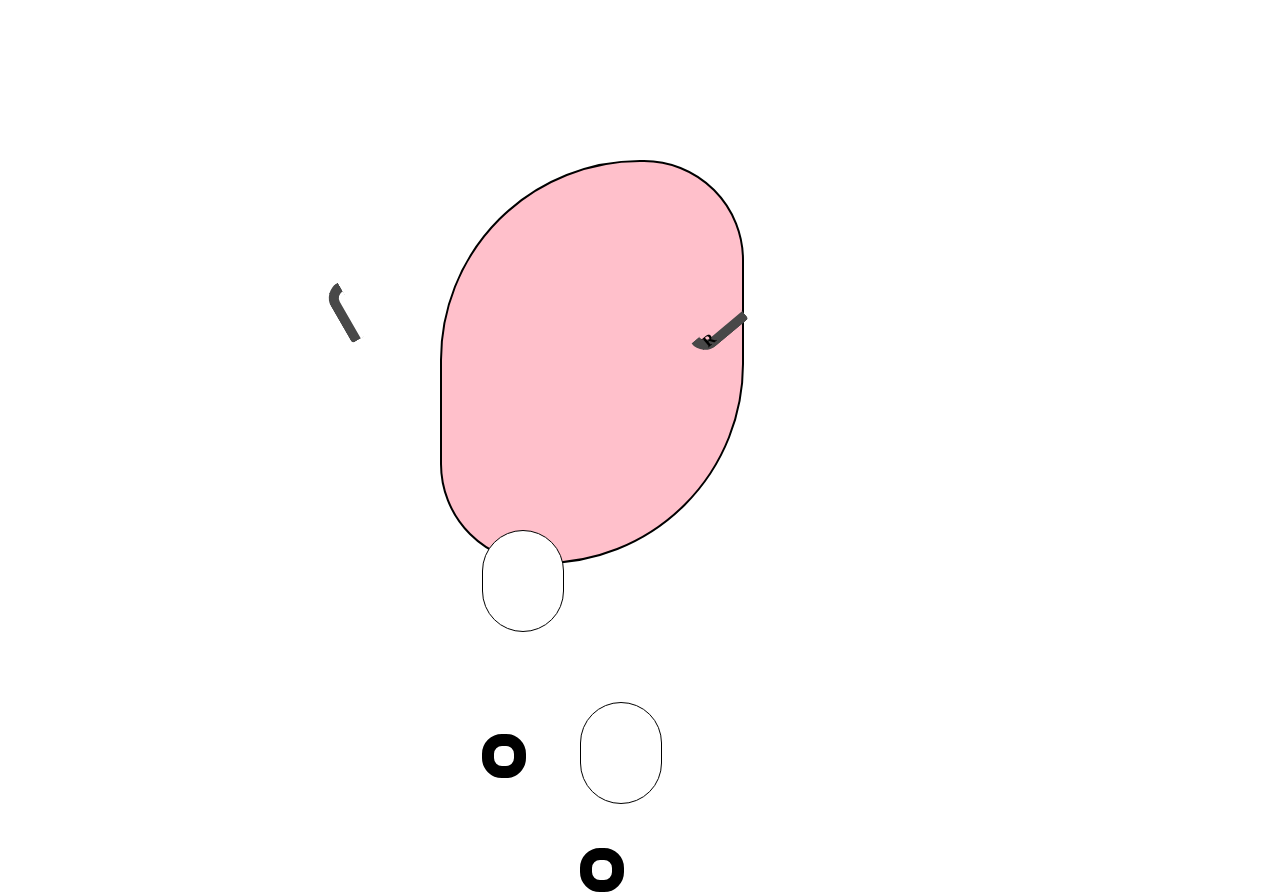
Repository: rodwestmoreland/1150
Page: cssCritter/index.html
The author's editor kept a copy of each file at every save. The page is drawn from the files as they stood at one save, then again after the next save.
The browser window is 1280 px wide. The pictures show the whole page.

Above is the page before, as saved 2021-01-25 22:17:18.

After the next save:
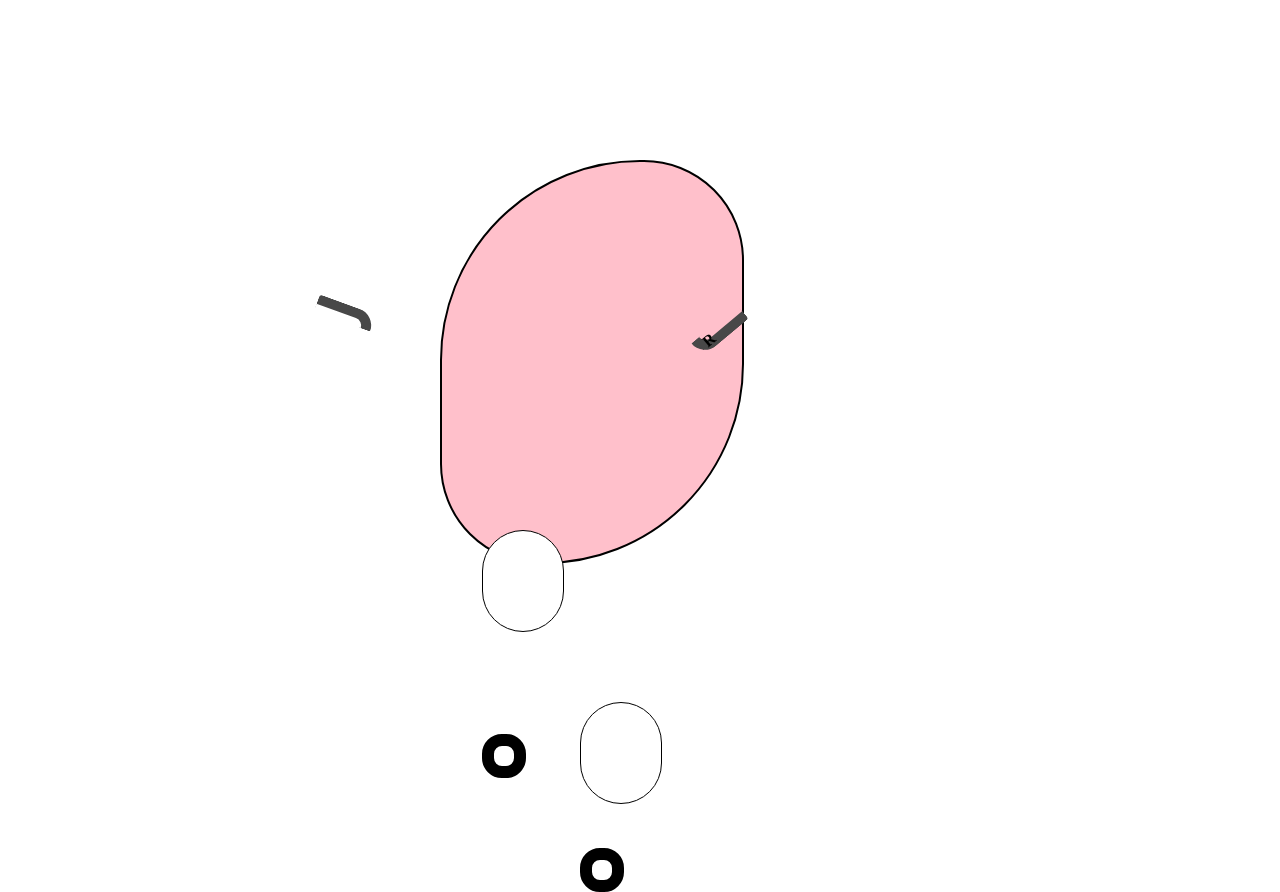
Saved 32 s later.
--- a/cssCritter/style.css
+++ b/cssCritter/style.css
@@ -82,7 +82,7 @@
     position: relative;
     left: -125px;
     top: -260px;
-    transform: rotate(60deg);
+    transform: rotate(-160deg);
 
   }
 
